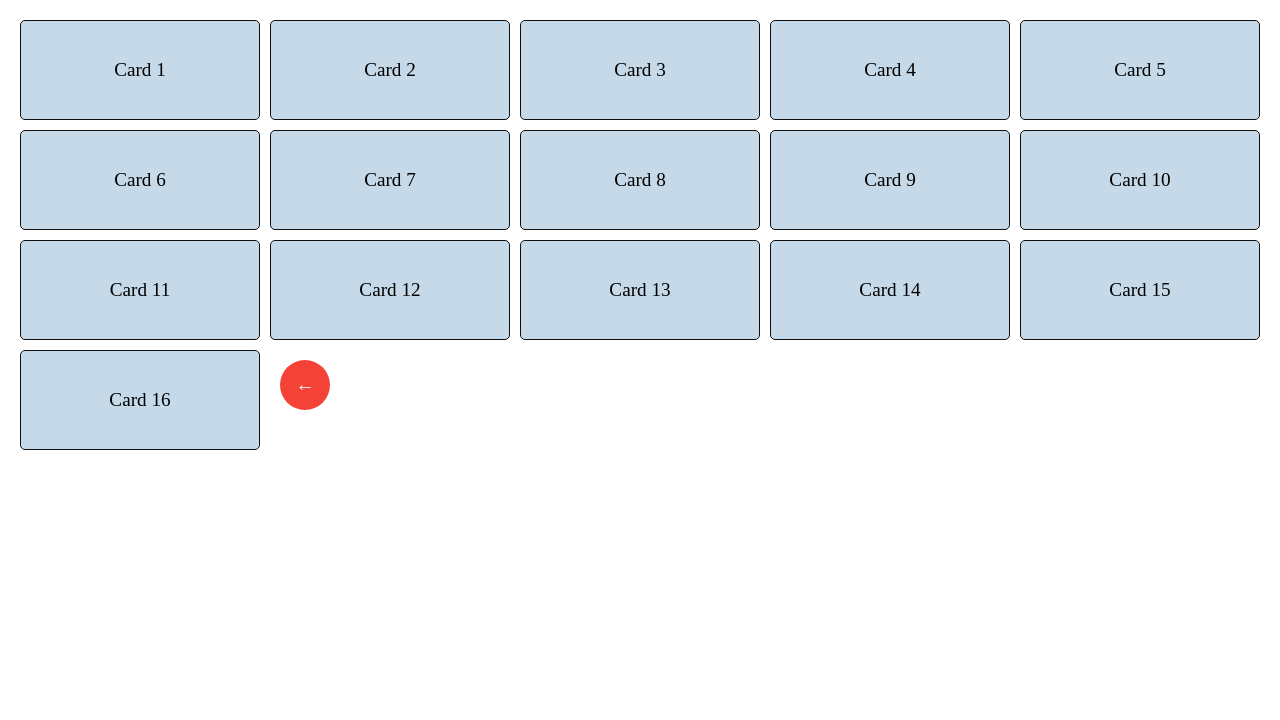
Repository: parnelltse/frontend2-courseproject
Page: /resumegame
An editor plug-in stored every save of this project. The page is shown before and after the next save, followed by the edit.
The browser window is 1280 px wide. The pictures show the whole page.
The project was rebuilt for these pictures with package versions that can differ from the ones it lists, and the page was loaded fresh each time. Also part of the build but not shown: vite.config.js, src/pages/landing.jsx, src/pages/home.jsx, src/pages/gameoptions.jsx, src/pages/appsettings.jsx, src/pages/profilesettings.jsx, src/pages/gamehistory.jsx, src/pages/singleplayer.jsx and 4 more.

Above is the page before, as saved 2024-11-16 01:51:49.

### src/App.jsx
import React, { useState } from 'react';
import { BrowserRouter as Router, Routes, Route } from 'react-router-dom';
import { Landing } from './pages/landing';
import Home from './pages/home';
import Gameoptions from './pages/gameoptions';
import AppSettings from './pages/appsettings';
import ProfileSettings from './pages/profilesettings';
import GameHistory from './pages/gamehistory'; // Import GameHistory
import SinglePlayer from './pages/singleplayer';
import MultiPlayer from './pages/multiplayer';
import ResumeGame from './pages/resumegame';
import SingleGame from './pages/singlegame';
import MultiGame from './pages/multigame';

function App() {
  const [scores, setScores] = useState([
    { date: '2024-10-19', score: 85, gameMode: 'Single Player' },
    { date: '2024-10-18', score: 90, gameMode: 'Multiplayer' },
    { date: '2024-10-17', score: 75, gameMode: 'Single Player' },
  ]);

  return (
    <Router>
      <Routes>
        <Route path="/" element={<Landing />} />
        <Route path="/home" element={<Home />} />
        <Route path="/gameoptions" element={<Gameoptions />} />
        <Route path="/appsettings" element={<AppSettings />} />
        <Route path="/profilesettings" element={<ProfileSettings />} />
        <Route path="/gamehistory" element={<GameHistory scores={scores} />} /> {/* Pass scores as prop */}
        <Route path="/singleplayer" element={<SinglePlayer />} />
        <Route path="/multiplayer" element={<MultiPlayer />} />
        <Route path="/resumegame" element={<ResumeGame />} />
        <Route path="/singlegame" element={<SingleGame />} />
        <Route path="/multigame" element={<MultiGame />} />
      </Routes>
    </Router>
  );
}

export default App;

### src/pages/resumegame.tsx
import React from "react";
import BackButton from "../components/BackButton";
import "../App.css";

export default function MultiGame() {
	return (
		<div className="game-grid">
			{Array.from({ length: 16 }).map((_, index) => (
				<div className="game-item" key={index}>
					Card {index + 1}
				</div>
			))}
			<BackButton />
		</div>
	);
}

### src/App.css
/* General Reset */
* {
	margin: 0;
	padding: 0;
	box-sizing: border-box;
}

/* Home page */
.container {
	align-items: center; /* Center the items horizontally */
	justify-content: center; /* Center the items vertically */
	min-height: 100vh; /* Full viewport height */
	background-color: #e3f2fd; /* Light blue background color */
	padding: 20px; /* Padding around content */
	padding-top: 15vh;
}

header {
	text-align: center;
	margin-bottom: 40px; /* Space below header */
	margin: auto;
}

button {
	background-color: #1e88e5; /* Button background color */
	color: white; /* White text color */
	border: none; /* Remove border */
	border-radius: 5px; /* Rounded corners */
	padding: 10px; /* Padding for buttons */
	cursor: pointer; /* Pointer cursor */
	transition: background-color 0.3s; /* Smooth background transition */
	width: 200px; /* Fixed width for all buttons */
	height: 50px; /* Fixed height for all buttons */
	font-size: 1rem; /* Font size for button text */
	margin: 10px; /* Space between buttons */
}

button:hover {
	background-color: #1565c0; /* Darker button color on hover */
}

.button-container {
	display: flex; /* Use flexbox for button alignment */
	flex-direction: column; /* Stack buttons vertically */
	align-items: center; /* Center buttons horizontally */
}

.title {
	font-size: 2.5rem; /* Title font size */
	text-align: center; /* Center the title text */
	margin-bottom: 20px; /* Space below title */
}

.profile-button {
	background-color: #6200ea; /* Primary color */
	color: white; /* White text */
	border: none; /* Remove border */
	border-radius: 5px; /* Rounded corners */
	padding: 10px 20px; /* Button padding */
	font-size: 24px; /* Font size */
	cursor: pointer; /* Pointer cursor on hover */
	transition: background-color 0.3s; /* Smooth background transition */
	width: 200px; /* Ensure the width matches other buttons */
	height: 50px; /* Ensure the height matches other buttons */
	margin-top: 100px;
}

.profile-button:hover {
	background-color: #3700b3; /* Darker shade on hover */
}

.button-container {
	display: flex;
	gap: 20px; /* Space between buttons */
}

.play-button,
.settings-button {
	background-color: #03dac6; /* Secondary color */
	border: none;
	border-radius: 5px;
	padding: 15px 25px; /* Button padding */
	font-size: 1.5rem; /* Font size */
	cursor: pointer; /* Pointer cursor on hover */
	transition: background-color 0.3s; /* Smooth background transition */
	align-items: center;
	text-align: center;
}

.play-button {
	color: rgb(74, 96, 86); /* darker text */
}

.settings-button {
	color: white; /* white text */
}

.play-button:hover {
	background-color: #018786; /* Darker shade on hover */
	color: white; /* white text */

}

.settings-button {
	background-color: #ff5722; /* Different color for settings */
}

.settings-button:hover {
	background-color: #c41c00; /* Darker shade on hover */
}

/* Typography */
h1 {
	font-size: 2.5rem;
	text-align: center;
	margin-bottom: 20px;
}

h2 {
	font-size: 1.75rem;
	text-align: center;
	margin-bottom: 15px;
}

/* Button Styles */
button {
	background-color: #6200ea;
	color: white;
	padding: 10px 20px;
	border: none;
	border-radius: 5px;
	cursor: pointer;
	margin: 10px;
	transition: background-color 0.3s ease;
}

button:hover {
	background-color: #3700b3;
}

/* Form Input Styles */
input[type="text"],
input[type="password"],
input[type="number"] {
	width: 100%;
	padding: 10px;
	margin: 10px 0;
	box-sizing: border-box;
	border: 2px solid #ccc;
	border-radius: 4px;
}

form {
	max-width: 400px;
	margin: 20px auto;
	display: flex;
	flex-direction: column;
}

/* Back Button */
button.back-btn {
	background-color: #f44336;
	color: white;
	border-radius: 50%;
	width: 50px;
	height: 50px;
	display: flex;
	justify-content: center;
	align-items: center;
	font-size: 1.2rem;
}

button.back-btn:hover {
	background-color: #e53935;
}

/* App Settings */
.app-settings {
	display: flex;
	flex-direction: column;
	justify-content: center;
	align-items: center;
	padding: 20px;
	text-align: center;
	min-height: 100vh;
	padding-top: 20vh;
}

.setting-bottons {
	display: flex;
	justify-content: center;
	flex-direction: column;
	margin: auto;
	align-items: center;
}

.theme-toggle {
	background-color: #333;
	color: white;
	padding: 10px;
	border-radius: 5px;
	cursor: pointer;
}

.theme-toggle:hover {
	background-color: #555;
}

/* Game Options */
.game-options {
	display: flex;
	flex-direction: column;
	align-items: center;
	margin: 20px;
}

button.grid-size {
	background-color: #2196f3;
	margin: 5px;
}

button.grid-size:hover {
	background-color: #1976d2;
}

/* single and multiplayer pages */
img {
	max-width: 100%;
	height: auto;
	display: block;
	margin: 0 auto;
}

.game-grid {
	display: grid;
	grid-template-columns: repeat(5, 1fr); /* 5 columns for a 5x5 grid */
	gap: 10px; /* Space between grid items */
	padding: 20px; /* Optional padding around the grid */
}

.game-item {
	background-color: #c5d9e8; /* Background color for game items */
	border: 1px solid #100f0f; /* Border for each game item */
	border-radius: 5px; /* Rounded corners */
	display: flex; /* Center content */
	align-items: center; /* Center content vertically */
	justify-content: center; /* Center content horizontally */
	height: 100px; /* Fixed height for game items */
	font-size: 1.2em; /* Font size for game item text */
}

/* history page */

.history-container {
	display: flex;
	flex-direction: column;
	align-items: center;
	justify-content: center;
	min-height: 100vh; /* Full viewport height */
	background-color: #f9f9f9; /* Light background color */
	padding: 20px; /* Padding around content */
}

.history-title {
	font-size: 2.5rem; /* Title font size */
	color: #333; /* Darker text color */
	margin-bottom: 10px; /* Space below title */
}

.history-description {
	font-size: 1.2rem; /* Description font size */
	color: #666; /* Slightly lighter text color */
	text-align: center; /* Center-align description */
	margin-bottom: 30px; /* Space below description */
}

.score-table {
	width: 100%;
	max-width: 600px; /* Max width for the table */
	margin: 0 auto; /* Center the table */
	background-color: white; /* White background for the table */
	border-radius: 8px; /* Rounded corners */
	box-shadow: 0 4px 8px rgba(0, 0, 0, 0.1); /* Subtle shadow */
	overflow: hidden; /* Ensure rounded corners apply */
}

table {
	width: 100%; /* Full width of the table */
	border-collapse: collapse; /* Remove space between table cells */
}

th,
td {
	padding: 15px; /* Cell padding */
	text-align: left; /* Align text to the left */
	border-bottom: 1px solid #e0e0e0; /* Bottom border for rows */
}

th {
	background-color: #6200ea; /* Header background color */
	color: white; /* White text for header */
}

tr:hover {
	background-color: #f1f1f1; /* Highlight row on hover */
}

.back-button {
	margin-top: 20px; /* Space above the back button */
}

/* profile settings page*/

.profile-settings-container {
	display: flex;
	flex-direction: column;
	align-items: center;
	justify-content: center;
	min-height: 100vh; /* Full viewport height */
	background-color: #f9f9f9; /* Light background color */
	padding: 20px; /* Padding around content */
}

.profile-settings-title {
	font-size: 2.5rem; /* Title font size */
	color: #333; /* Darker text color */
	margin-bottom: 20px; /* Space below title */
}

.submitted-username {
	font-size: 1.5rem; /* Font size for submitted username */
	color: #6200ea; /* Color for submitted username */
	margin-bottom: 20px; /* Space below username display */
}

.profile-settings-form {
	display: flex;
	flex-direction: column;
	align-items: center; /* Center align the form elements */
	margin-bottom: 20px; /* Space below the form */
}

.username-input {
	padding: 10px; /* Padding for input */
	font-size: 1rem; /* Font size for input */
	border: 1px solid #ccc; /* Border for input */
	border-radius: 4px; /* Rounded corners */
	margin-bottom: 10px; /* Space below input */
	width: 100%; /* Full width */
	max-width: 300px; /* Max width for input */
}

.save-button {
	padding: 10px 20px; /* Padding for button */
	background-color: #6200ea; /* Button background color */
	color: white; /* Button text color */
	border: none; /* Remove border */
	border-radius: 4px; /* Rounded corners */
	cursor: pointer; /* Pointer cursor on hover */
	font-size: 1rem; /* Font size for button */
}

.save-button:hover {
	background-color: #3700b3; /* Darker button color on hover */
}

.navigation-buttons {
	display: flex;
	gap: 10px; /* Space between navigation buttons */
}

.scores-button {
	padding: 10px 20px; /* Padding for button */
	background-color: #03dac6; /* Button background color */
	color: white; /* Button text color */
	border: none; /* Remove border */
	border-radius: 4px; /* Rounded corners */
	cursor: pointer; /* Pointer cursor on hover */
	font-size: 1rem; /* Font size for button */
}

.scores-button:hover {
	background-color: #018786; /* Darker button color on hover */
}

/* game options page */

.game-options-container {
	display: flex;
	flex-direction: column;
	align-items: center;
	justify-content: center;
	min-height: 100vh; /* Full viewport height */
	background-color: #f0f4f8; /* Light background color */
	padding: 20px; /* Padding around content */
}

.game-options-title {
	font-size: 2.5rem; /* Title font size */
	color: #333; /* Darker text color */
	margin-bottom: 40px; /* Space below title */
}

.game-options-buttons {
	display: flex;
	flex-direction: column; /* Arrange buttons vertically */
	gap: 15px; /* Space between buttons */
}

.game-option-button {
	padding: 15px 30px; /* Padding for buttons */
	font-size: 1.2rem; /* Font size for buttons */
	background-color: #6200ea; /* Button background color */
	color: white; /* Button text color */
	border: none; /* Remove border */
	border-radius: 5px; /* Rounded corners */
	cursor: pointer; /* Pointer cursor on hover */
	transition: background-color 0.3s; /* Smooth background transition */
	width: 100%; /* Full width */
	max-width: 300px; /* Max width for buttons */
}

.game-option-button:hover {
	background-color: #3700b3; /* Darker button color on hover */
}

/* create account page */

.create-container {
	display: flex;
	flex-direction: column;
	align-items: center;
	justify-content: center;
	min-height: 100vh; /* Full viewport height */
	background-color: #f0f4f8; /* Light background color */
	padding: 20px; /* Padding around content */
}

.create-header {
	text-align: center; /* Center header text */
	margin-bottom: 40px; /* Space below header */
}

.create-header h1 {
	font-size: 2.5rem; /* Title font size */
	color: #000000; /* Primary color for title */
}

.create-header h2 {
	font-size: 1.5rem; /* Subtitle font size */
	color: #333; /* Darker color for subtitle */
	margin-top: 10px; /* Space above subtitle */
}

.create-container > * {
	margin: 10px 0; /* Space between elements */
}

.back-button {
	margin-top: 20px; /* Space above back button */
	background-color: #6200ea; /* Match primary color */
	color: white; /* White text color */
	border: none; /* Remove border */
	border-radius: 5px; /* Rounded corners */
	padding: 10px 20px; /* Padding for button */
	cursor: pointer; /* Pointer cursor */
	transition: background-color 0.3s; /* Smooth background transition */
}

.back-button:hover {
	background-color: #3700b3; /* Darker button color on hover */
}

/* login page */
.login-container {
	align-items: flex-start;
	justify-content: center;
	min-height: 100vh; /* Full viewport height */
	background-color: #ede3fd; /* Light blue background color */
	padding-top: 20vh;
}

.login-header {
	text-align: center; /* Center header text */
	margin-bottom: 40px; /* Space below header */
}

.login-header h1 {
	font-size: 2.5rem; /* Title font size */
	color: #3700b3; /* Primary color for title */
}

.login-header h2 {
	font-size: 1.5rem; /* Subtitle font size */
	color: #424242; /* Darker color for subtitle */
	margin-top: 10px; /* Space above subtitle */
}

.account-form {
	width: 100%; /* Full width for the form */
	max-width: 400px; /* Maximum width for the form */
	background-color: white; /* White background for form */
	border-radius: 8px; /* Rounded corners */
	box-shadow: 0 2px 10px rgba(0, 0, 0, 0.1); /* Subtle shadow */
	padding: 20px; /* Padding inside the form */
}

button {
	background-color: #6200ea; /* Match primary color */
	color: white; /* White text color */
	border: none; /* Remove border */
	border-radius: 5px; /* Rounded corners */
	padding: 10px 20px; /* Padding for button */
	cursor: pointer; /* Pointer cursor */
	transition: background-color 0.3s; /* Smooth background transition */
}

button:hover {
	background-color: #3700b3; /* Darker button color on hover */
}

.account-form input {
	margin: 10px 0; /* Space between inputs */
	padding: 10px; /* Padding for inputs */
	border: 1px solid #ccc; /* Light border for inputs */
	border-radius: 5px; /* Rounded corners for inputs */
	width: 100%; /* Full width for inputs */
}

### src/components/BackButton.jsx
import React from "react";
import { useNavigate } from "react-router-dom";

export default function BackButton() {
	const navigate = useNavigate();

	return (
		<button className="back-btn" onClick={() => navigate(-1)}>
			&#x2190;
		</button>
	);
}

Loaded but not shown: index.html (common file); src/main.jsx (common file)

After the next save:
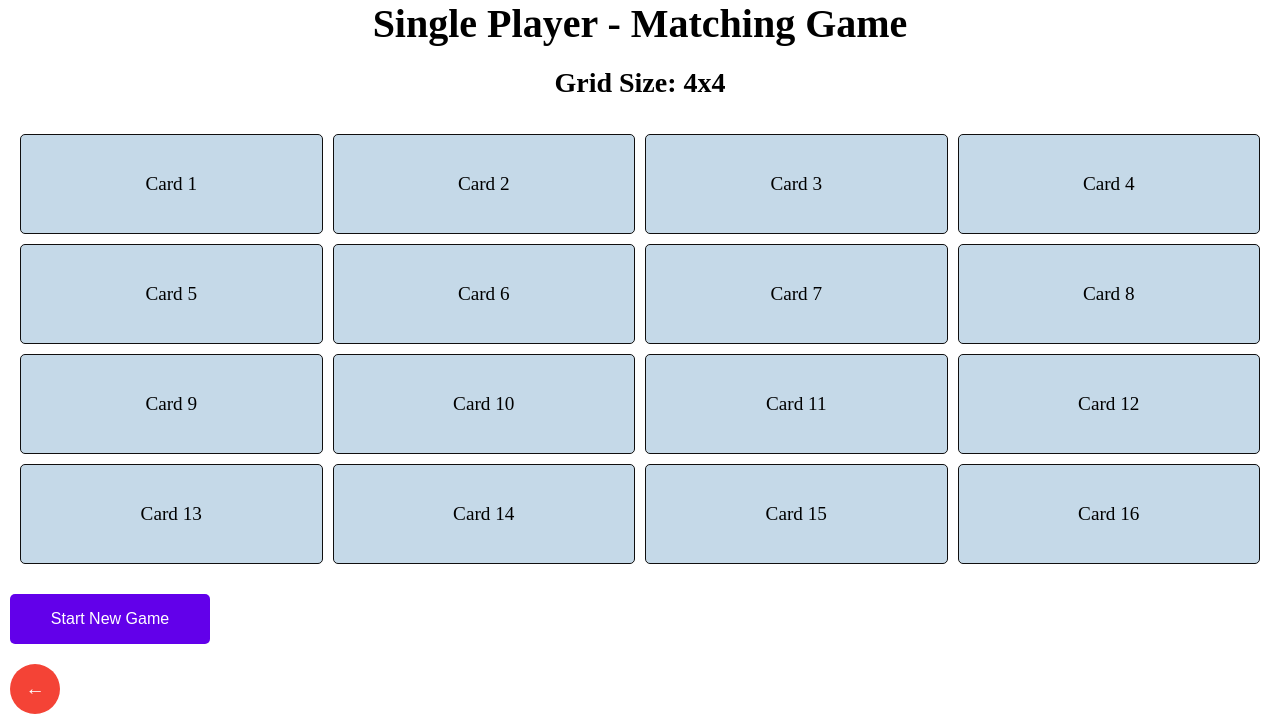
Saved 85 s later.
--- a/src/pages/resumegame.tsx
+++ b/src/pages/resumegame.tsx
@@ -1,16 +1,76 @@
-import React from "react";
+import React, { useEffect, useState } from "react";
+import { useLocation, useNavigate } from "react-router-dom";
 import BackButton from "../components/BackButton";
 import "../App.css";
 
-export default function MultiGame() {
+export default function SingleGame() {
+	const location = useLocation();
+	const navigate = useNavigate();
+
+	// Load grid size from location or default to 4
+	const { gridSize } = location.state || { gridSize: 4 };
+	const totalCards = gridSize * gridSize;
+
+	// Game state
+	const [gameState, setGameState] = useState(() => {
+		// Load from localStorage if available
+		const savedState = localStorage.getItem("gameState");
+		return savedState ? JSON.parse(savedState) : { matched: [], currentGrid: gridSize };
+	});
+
+	// Save state to localStorage whenever it changes
+	useEffect(() => {
+		localStorage.setItem("gameState", JSON.stringify(gameState));
+	}, [gameState]);
+
+	// Reset game
+	const resetGame = () => {
+		setGameState({ matched: [], currentGrid: gridSize });
+		localStorage.removeItem("gameState");
+	};
+
+	// Resume from saved state
+	const resumeGame = () => {
+		const savedState = JSON.parse(localStorage.getItem("gameState"));
+		if (savedState && savedState.currentGrid === gridSize) {
+			setGameState(savedState);
+		}
+	};
+
 	return (
-		<div className="game-grid">
-			{Array.from({ length: 16 }).map((_, index) => (
-				<div className="game-item" key={index}>
-					Card {index + 1}
+		<div className="single-game-container">
+			<h1>Single Player - Matching Game</h1>
+
+			{gameState.matched.length > 0 && (
+				<div className="resume-section">
+					<h2>Resume Your Last Game?</h2>
+					<button onClick={resumeGame} className="resume-btn">Resume</button>
 				</div>
-			))}
-			<BackButton />
+			)}
+
+			<h2>Grid Size: {gridSize}x{gridSize}</h2>
+
+			<div
+				className="game-grid"
+				style={{
+					gridTemplateColumns: `repeat(${gridSize}, 1fr)`,
+					gridTemplateRows: `repeat(${gridSize}, 1fr)`,
+				}}
+			>
+				{Array.from({ length: totalCards }).map((_, index) => (
+					<div
+						className={`game-item ${gameState.matched.includes(index) ? "matched" : ""}`}
+						key={index}
+					>
+						Card {index + 1}
+					</div>
+				))}
+			</div>
+
+			<div className="game-controls">
+				<button onClick={resetGame} className="reset-btn">Start New Game</button>
+				<BackButton />
+			</div>
 		</div>
 	);
 }
